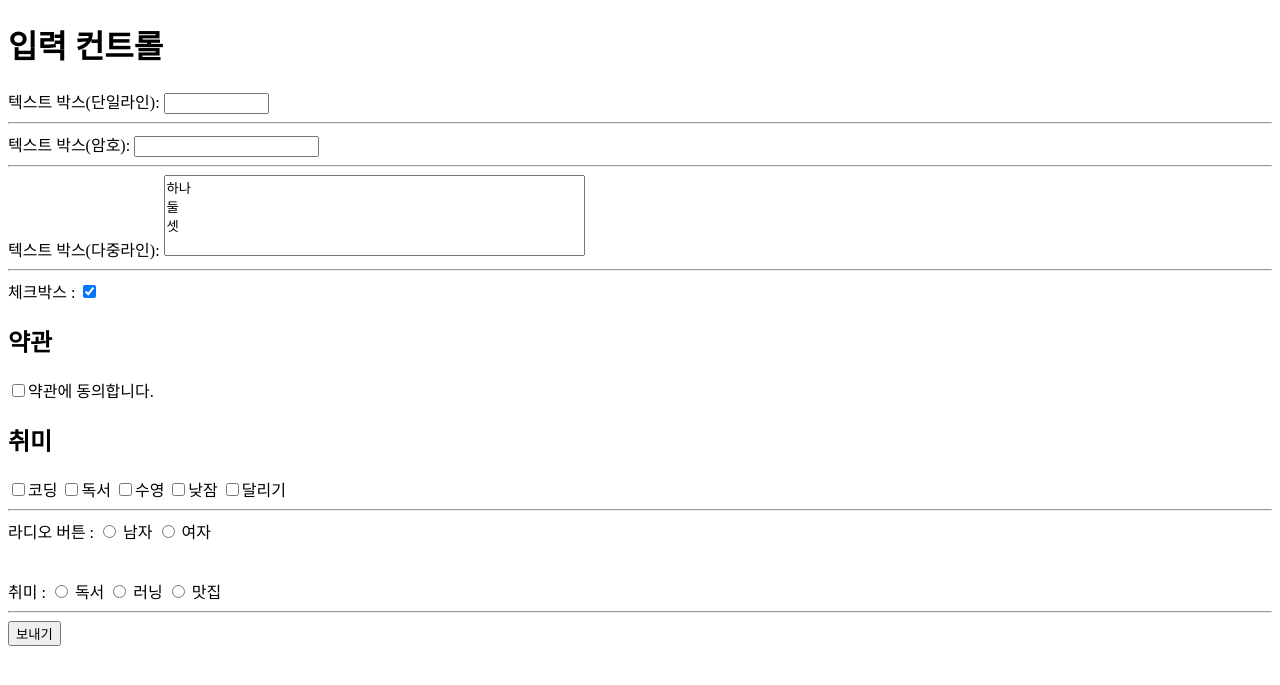
Repository: dnjs0/HCJ
Page: ClientTest/src/main/webapp/ex19_form.html
These files come from the project's save history. The page is drawn as it stood at one moment and after the next save; the edit follows.
The browser window is 1280 px wide. The pictures show the whole page.

Above is the page before, as saved 2025-02-12 03:27:47.

### ClientTest/src/main/webapp/ex19_form.html
<!DOCTYPE html>
<html lang="ko">
<head>
	<meta charset="UTF-8">
	<title>Insert title here</title>
</head>
<body>
    <!--

        form의 자식 ㅌ태그

        <input>
        - 단독 태그
        - 인라인 태그
        - input.type : 입력 컨트롤 종류
        - input.name : 서버로 전송할 사용하는 식별자
        - input.id : 식별자. CSS, JavaScript 에서 주로 사용
        - input.class : 식별자. CSS, JavaScript 에서 주로 사용
        - input.size : 컨트롤의 너비, 입력받는 글자수
        - input.maxlength : 최대 입력 문자 수  + 유효성 검사
        - input.value : 컨트롤의 (현재) 입력값
        - input.readonly : 읽기전용. 플래그형 입력(X) + 서버 전송(O)
        - input.disabled : 비활성화 플래그형 입력(X) + 서버 전송(X)
        - input.accesskey : 바로가기(= 니모닉, Nemonic) Alt+키
        - input.title : 풍선 도움말(주로 컨트롤에서 사용한다.)
        - input.autofocus : 자동 포커스, 플래그형




    -->

    <h1 title="이곳에 나이를 입력하세요">입력 컨트롤</h1>
    <form method="GET" action="ex18_ok.jsp">
        <label for="text">텍스트 박스(단일라인):</label>
        <input type="text" name = "data" size = "10" maxlength="5" accesskey="s"
        title="이곳에 나이를 입력하세요">
        <hr>


        <!--
            암호 상자,Password Box, Masked TextBox
            - 대부분의 속성이 텍스트 박스와 동일
            - value 속성 사용 금지!!!!
         -->

         텍스트 박스(암호):
         <input type ="password" name ="pw">
         <hr>


         <!--

            다중라인 텍스트 박스
            - <textarea></textarea>
            - 쌍태그, 인라인 태그
            - 대부분의 속성은 텍스트 박스와 동일
            - maxlength 속성이 없다.
            - value 속성이 없다.

          -->
         텍스트 박스(다중라인):
         <textarea style="resize:none;" cols="50" rows="5">하나
둘
셋</textarea>

         <hr>
         <!--
            체크박스
            - 논리값 입력
            - 단일 선택 or 다중 선택

          -->

         체크박스 : <input type = "checkbox" checked>
         <h2>약관</h2>

         <!-- <input type="checkbox" id="cb1"><label for="cb1">약관에 동의합니다.</label>  -->
         <label><input type="checkbox" >약관에 동의합니다.</label>



         <h2>취미</h2>

         <label><input type = "checkbox">코딩</label>
         <label><input type = "checkbox">독서</label>
         <label><input type = "checkbox">수영</label>
         <label><input type = "checkbox">낮잠</label>
         <label><input type = "checkbox">달리기</label>
         <hr>

         <!--
            라디오 버튼
            - 단일 선택
          -->

         라디오 버튼 :
         <input type="radio" name ="rb1"> 남자
         <input type="radio" name = "rb1"> 여자

         <br>
         <bR>
         <br>

         취미 :
         <input type="radio" name ="rb2"> 독서
         <input type="radio" name ="rb2"> 러닝
         <input type="radio" name ="rb2"> 맛집

         <hr>

         <input type="submit" value="보내기">
    </form>
</body>
</html>

After the next save:
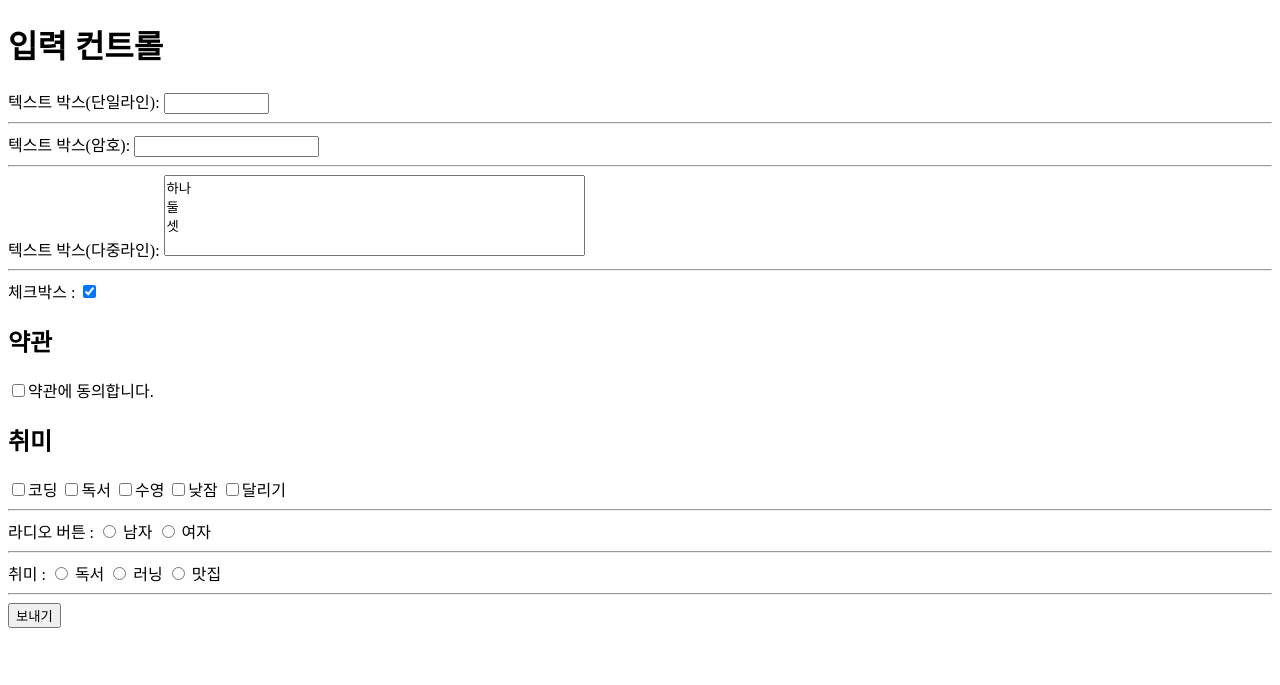
Saved 12 s later.
--- a/ClientTest/src/main/webapp/ex19_form.html
+++ b/ClientTest/src/main/webapp/ex19_form.html
@@ -98,9 +98,7 @@
          <input type="radio" name ="rb1"> 남자
          <input type="radio" name = "rb1"> 여자
 
-         <br>
-         <bR>
-         <br>
+         <hr>
 
          취미 :
          <input type="radio" name ="rb2"> 독서
